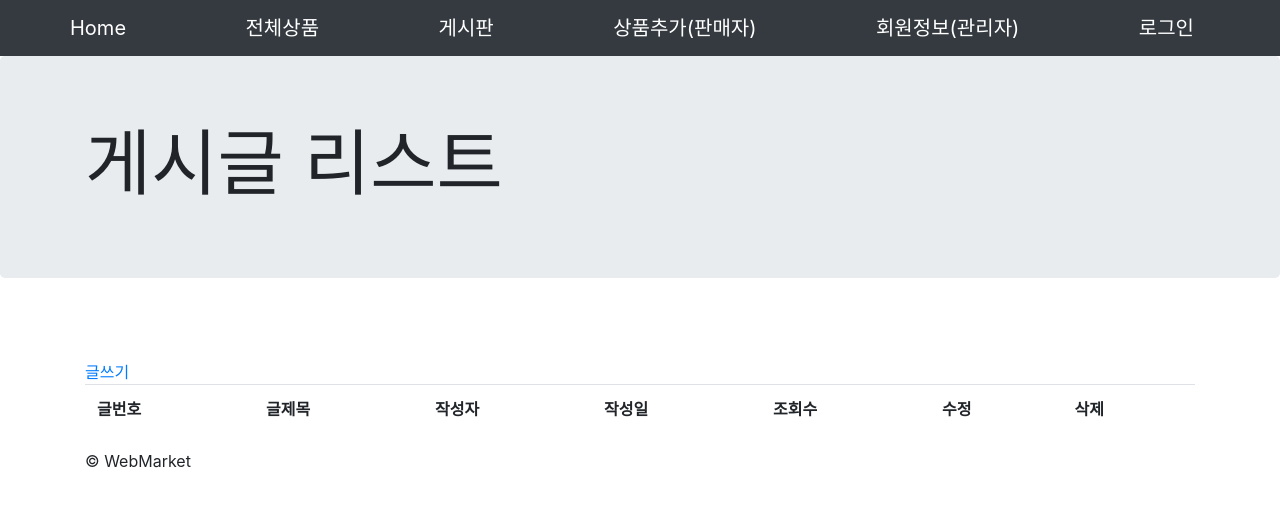
Repository: davisbyun/ai
Page: http://localhost/WebMarket/board/boardList.jsp
An editor plug-in stored every save of this project. The page is shown before and after the next save, followed by the edit.
The browser window is 1280 px wide. The pictures show the whole page.
The page is served by Tomcat 9. Other server files are loaded and not shown. Queries for data that is not in the repository find no rows.

Above is the page before, as saved 2024-01-30 03:38:01.

### WebMarket/src/main/webapp/board/boardList.jsp
<%@page import="java.sql.*"%>
<%@ page language="java" contentType="text/html; charset=UTF-8"
    pageEncoding="UTF-8"%>
<%@ page import="java.net.*" %>
<!DOCTYPE html>
<html>
<head>
<meta charset="UTF-8">
<title>boardList.jsp 게시글 리스트 </title>
<link rel="stylesheet" href="./css/bootstrap.min.css" />
</head>
<body>
 	 <%

    //1.드라이버연결
	Class.forName("com.mysql.jdbc.Driver");


    String url = "jdbc:mysql://localhost:3306/webmarket?characterEncoding=UTF-8&serverTimezone=UTC&useSSL=false";
    String userId ="root";
    String userPwd="1234";

    //2. con 연결
    Connection con = DriverManager.getConnection(url, userId, userPwd);
    //3. sql con올리기
    String selectSql= "select * from boardtbl";
    PreparedStatement pstmt = con.prepareStatement(selectSql);
    //4.mysql로 보내서 실행하기
    ResultSet rs = pstmt.executeQuery();
    //5.rs변수에 담겨서 select문을 jsp로 들어온다.

  %>

<jsp:include page="../menu.jsp"></jsp:include>

<div class="jumbotron">
    <div class="container">
        <h1 class="display-3"> 게시글 리스트 </h1>
    </div>
  </div>

<div class="container">

    <div style="padding-top: 50px">
	 <table class="table table-hover">
    	<tr><th>글번호</th> <th>글제목</th> <th>작성자</th> <th>작성일</th> <th>조회수</th> <th>수정</th> <th>삭제</th></tr>
        <%
          while(rs.next()) { //rs.next() 꼭 써주어야 하는 명령어 포인터 위치를 가르킨다.
        	                 //한줄만 출력하더라도 반드시 rs.next() 사용해야 한다.
         %>
         <tr>
    	   <td> <%= rs.getInt("num") %></td>  <%--num 는 mysql 에 있는 열 이름 --%>
    	   <td>
    	     <a href="boardDetail.jsp?num=<%=rs.getInt("num") %>&title=<%=rs.getString("title") %>&content=<%=rs.getString("content") %>&writer=<%=rs.getString("writer") %>&regdate=<%=rs.getDate("reg_date") %>&count=<%=rs.getInt("count") %>" >

    	        <%= rs.getString("title") %>
    	     </a>

    	   </td>
    	   <td> <%= rs.getString("writer") %></td>
    	   <td> <%= rs.getDate("reg_date") %></td>
    	   <td> <%= rs.getInt("count") %></td>
    	   <td> <a href="boardModify.jsp?num=<%=rs.getInt("num") %>" class="btn btn-primary"> 수정 </a> </td>
    	   <td> <a href="boardDelete.jsp?num=<%=rs.getInt("num") %>" class="btn btn-danger"> 삭제 </a> </td>
    	</tr>
         <%
          }
         %>

         <a href="boardInsert.jsp" class=="btn btn-primary"> 글쓰기 </a>

    </table>
    </div>
  </div>




  <jsp:include page="../footer.jsp"></jsp:include>

  </body>
  </html>

### WebMarket/src/main/webapp/menu.jsp
<%@ page language="java" contentType="text/html; charset=UTF-8"
    pageEncoding="UTF-8"%>
<!DOCTYPE html>
<html>
<head>
<meta charset="UTF-8">
<title>Insert title here</title>
<link rel="stylesheet" href="https://cdn.jsdelivr.net/npm/bootstrap@4.0.0/dist/css/bootstrap.min.css" integrity="sha384-Gn5384xqQ1aoWXA+058RXPxPg6fy4IWvTNh0E263XmFcJlSAwiGgFAW/dAiS6JXm" crossorigin="anonymous">
</head>
<body>
	 <nav class="navbar navbar-expand navbar-dark bg-dark">
    <div class="container">
        <div class="navbar-header">
            <a class="navbar-brand" href="/WebMarket/welcome.jsp">Home</a>
        </div>
        <div class="navbar-header">
            <a class="navbar-brand" href="/WebMarket/products.jsp">전체상품</a>
        </div>
        <div class="navbar-header">
            <a class="navbar-brand" href="/WebMarket/board/boardList.jsp">게시판</a>
        </div>
        <div class="navbar-header">
            <a class="navbar-brand" href="/WebMarket/addProduct.jsp">상품추가(판매자)</a>
        </div>
        <div class="navbar-header">
             <a class="navbar-brand" href="/WebMarket/member/memberInfo.jsp">회원정보(관리자)</a>
         </div>
         <%
            //세션 가져오기
            String name = (String)session.getAttribute("name");
         	String id = (String )session.getAttribute("id");
         	String loginOk = "로그인";
         	if( name != null ) {
         		loginOk = name + "님 ";
         %>
         <div class="navbar-header">
         	<div class="text-white"> <h5><%=loginOk %> </h5>&nbsp;&nbsp;
             <a class="navbar-brand" href="/WebMarket/member/logOut.jsp"> 로그아웃 </a>
         </div>
         </div>

         <%

         	}else {
         		loginOk = "로그인";
         %>
         <div class="navbar-header">
             <a class="navbar-brand" href="/WebMarket/member/login.jsp"><%= loginOk %></a>
         </div>
         <%
         	}
         %>

     </div>
   </nav>
</body>
</html>

### WebMarket/src/main/webapp/footer.jsp
<%@ page language="java" contentType="text/html; charset=UTF-8"
    pageEncoding="UTF-8"%>
<!DOCTYPE html>
<html>
<head>
<meta charset="UTF-8">
<title>Insert title here</title>
 <link rel="stylesheet" href="https://cdn.jsdelivr.net/npm/bootstrap@4.0.0/dist/css/bootstrap.min.css" integrity="sha384-Gn5384xqQ1aoWXA+058RXPxPg6fy4IWvTNh0E263XmFcJlSAwiGgFAW/dAiS6JXm" crossorigin="anonymous">
</head>
<body>
     <footer class="container">
	    <p>&copy; WebMarket</p>
	 </footer>
</body>
</html>

Loaded but not shown: WebMarket/src/main/webapp/css/bootstrap.min.css (library)

After the next save:
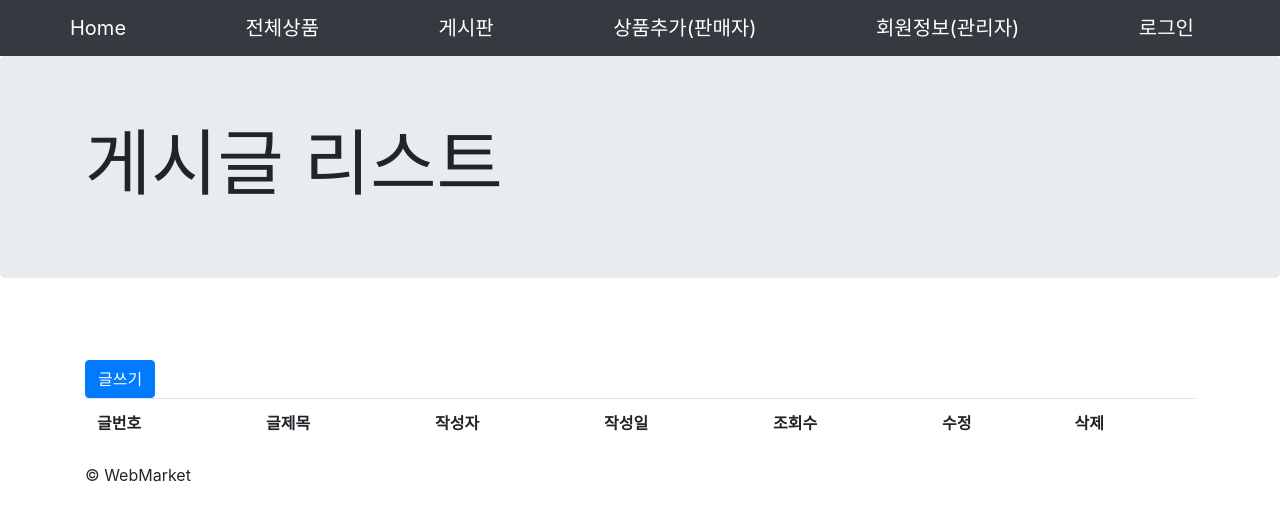
Saved 10 s later.
--- a/WebMarket/src/main/webapp/board/boardList.jsp
+++ b/WebMarket/src/main/webapp/board/boardList.jsp
@@ -67,9 +67,8 @@
           }
          %>
 
-         <a href="boardInsert.jsp" class=="btn btn-primary"> 글쓰기 </a>
-
-    </table>
+         <a href="boardInsert.jsp" class="btn btn-primary"> 글쓰기 </a>
+       </table>
     </div>
   </div>
 
